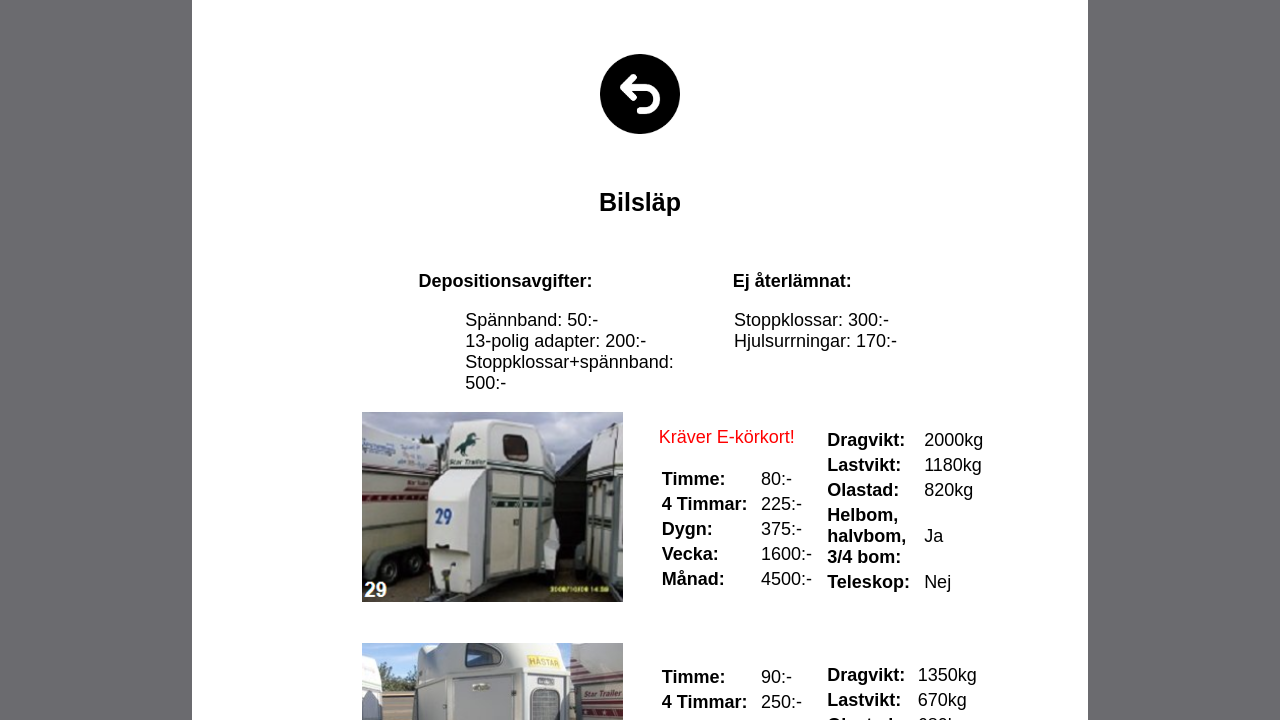
Repository: mirkbirki/mirkbirki.github.io
Page: bilslap.html
These files come from the project's save history. The page is drawn as it stood at one moment and after the next save; the edit follows.
The browser window is 1280 px wide. The pictures show the whole page.
An inner scrolling area shows only its first screen.

Above is the page before, as saved 2022-12-18 14:19:49.

After the next save:
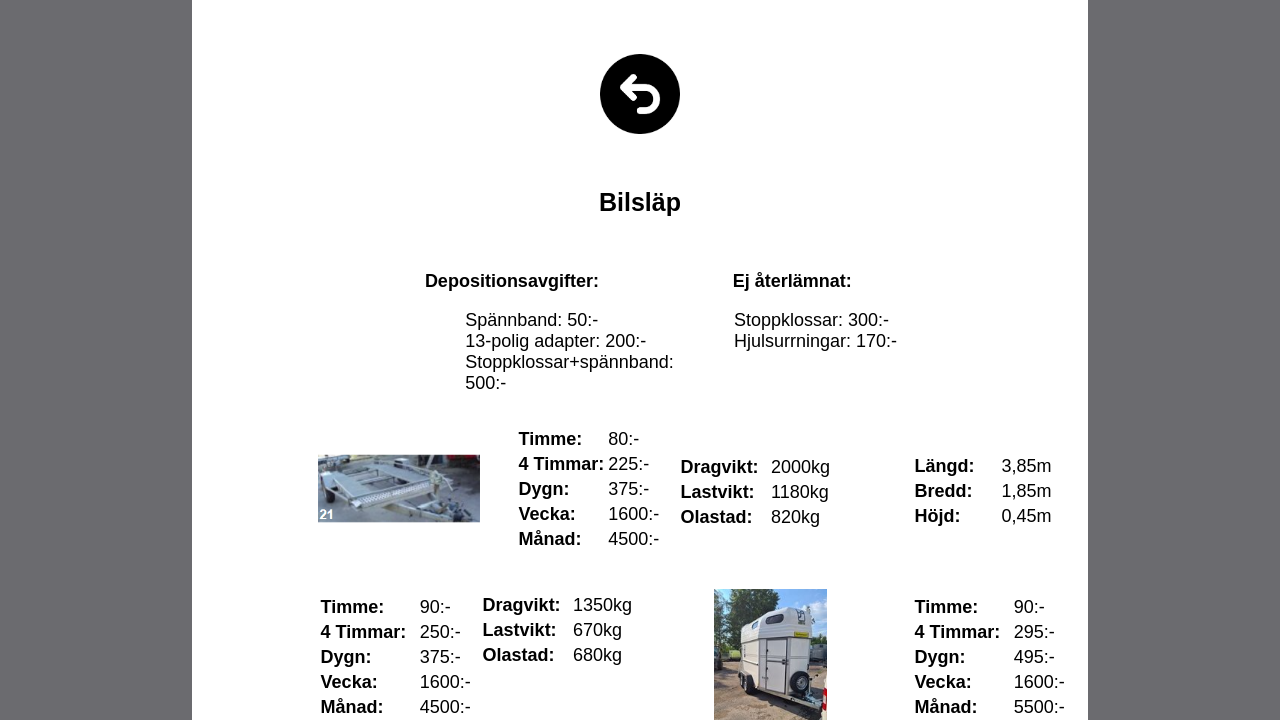
Saved 43 h 9 min later.
--- a/bilslap.html
+++ b/bilslap.html
@@ -15,7 +15,7 @@
         <h1>Bilsläp</h1>
         <div class="hastslap-info-flex">
             <div class="hastslap-info-flex-1">
-                <p><b>Depositionsavgifter:</b></p>
+                <p class="hastslap-info-flex-1-p"><b>Depositionsavgifter:</b></p>
                 <ul class="depo-ul">
                     <li class="depo-li">Spännband: 50:-</li>
                     <li class="depo-li">13-polig adapter: 200:-</li>
@@ -31,13 +31,12 @@
             </div>
         </div>
         </div>
-        <div class="hastslap-grid">
+        <div class="hastslap-grid-3c">
             <div class="hastslap-1">
-                <img class="slap-img" src="hastslap1.png">
+                <img class="slap-img" src="bilslap1.png">
             </div>
             <div class="hastslap-2">
-                <p class="red">Kräver E-körkort!</p>
-                <table class="uthyrning-table">
+                <table class="bilslap-table">
                     <tr>
                         <td class="bold">Timme:</td>
                         <td class="slap">80:-</td>
@@ -75,18 +74,23 @@
                         <td class="bold">Olastad:</td>
                         <td class="slap">820kg</td>
                     </tr>
-                    <tr>
-                        <td class="bold">Helbom, halvbom, 3/4 bom:</td>
-                        <td class="slap">Ja</td>
-                    </tr>
-                    <tr>
-                        <td class="bold">Teleskop:</td>
-                        <td class="slap">Nej</td>
-                    </tr>
                 </table>
             </div>
             <div class="hastslap-4">
-                <img class="slap-img" src="hastslap2.png">
+                <table class="uthyrning-table">
+                    <tr>
+                        <td class="bold">Längd:</td>
+                        <td class="slap">3,85m</td>
+                    </tr>
+                    <tr>
+                        <td class="bold">Bredd:</td>
+                        <td class="slap">1,85m</td>
+                    </tr>
+                    <tr>
+                        <td class="bold">Höjd:</td>
+                        <td class="slap">0,45m</td>
+                    </tr>
+                </table>
             </div>
             <div class="hastslap-5">
                 <table class="uthyrning-table">
--- a/styles.css
+++ b/styles.css
@@ -423,7 +423,7 @@ main h2 {
 
 .hastslap-info-flex {
     display: flex;
-    margin: 0 auto;
+    margin: 0 auto 1rem;
     width: 60%;
     justify-content: center;
 }
@@ -432,6 +432,11 @@ main h2 {
     width: 50%;
 }
 
+.hastslap-info-flex-1-p {
+    padding-left: 0.7rem;
+}
+
+
 .hastslap-info-flex-2 {
     width: 50%;
 }
@@ -452,3 +457,17 @@ main h2 {
     width: fit-content;
     padding-left: 3rem;
 }
+
+.bilslap-table {
+    margin-top: 0.75rem;
+}
+
+.hastslap-grid-3c {
+    display: grid;
+    grid-template-columns: auto auto auto auto;
+    gap: 2rem;
+    margin: 0 auto 3rem auto;
+    padding: 0 0 0 4rem;
+    width: 80%;
+    align-items: center;
+}
